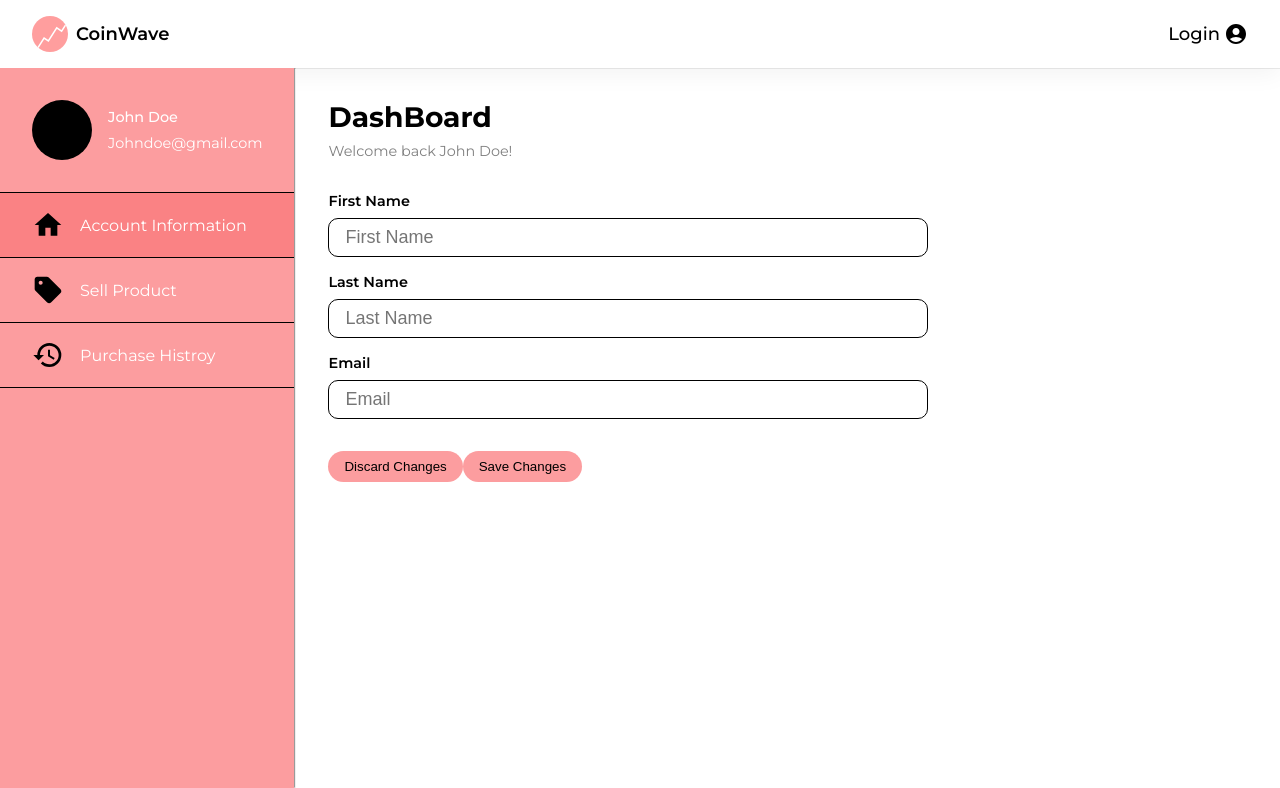
Repository: David-Waite/CoinWave
Page: /account
The author's editor kept a copy of each file at every save. The page is drawn from the files as they stood at one save, then again after a run of saves.
The browser window is 1280 px wide. The pictures show the whole page.
The project was rebuilt for these pictures with package versions that can differ from the ones it lists, and the page was loaded fresh each time. The framework's server and built-in components were replaced by stand-ins that run in the browser. Also part of the build but not shown: next.config.js, app/components/account/SellProduct/SellProduct.js, app/components/account/PurchaseHistory/PurchaseHistory.js.

Above is the page before, as saved 2023-08-16 11:20:27.

After the next 3 saves:
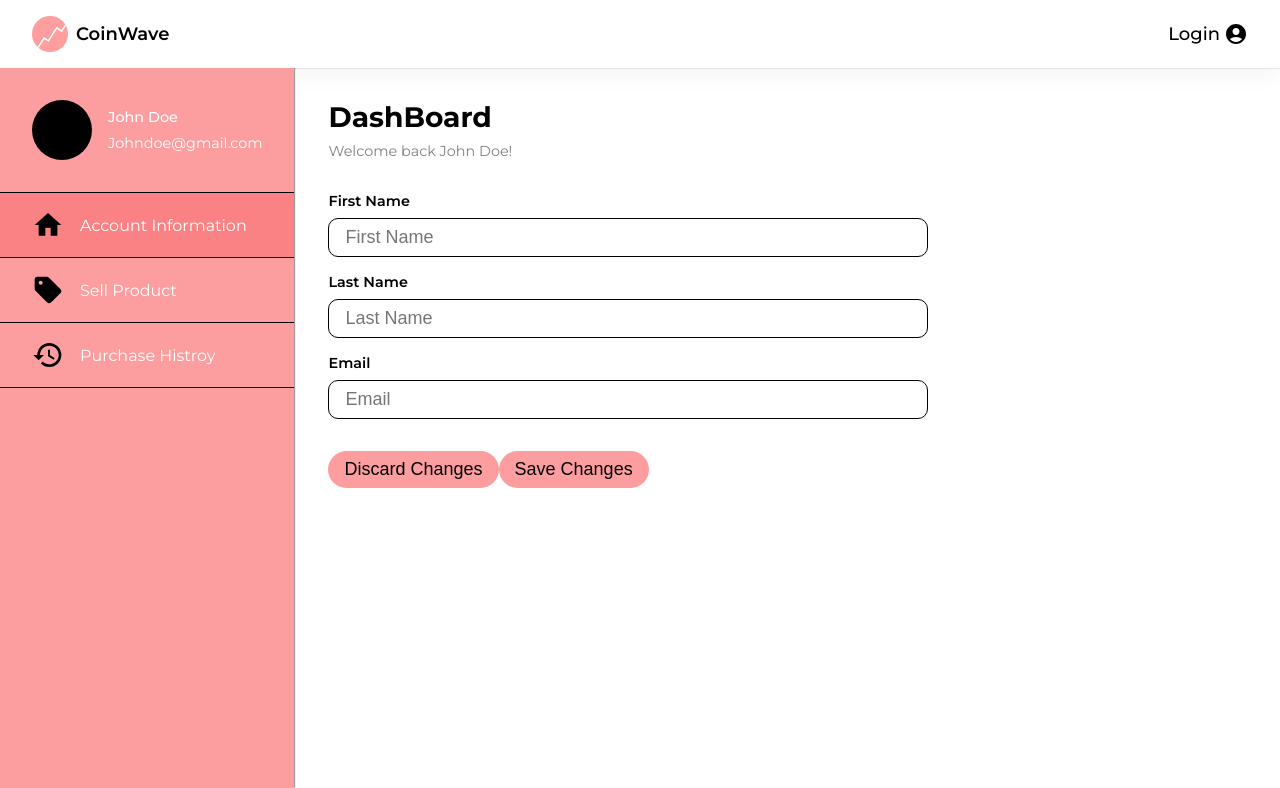
The 3 saves are shown as one change because they came seconds apart.
The last was saved 11 s later.
--- a/app/components/account/AccountInfomation/accountInformation.module.css
+++ b/app/components/account/AccountInfomation/accountInformation.module.css
@@ -48,4 +48,5 @@
   border: none;
   padding: 8px 16px;
   border-radius: 50px;
+  font-size: 18px;
 }
